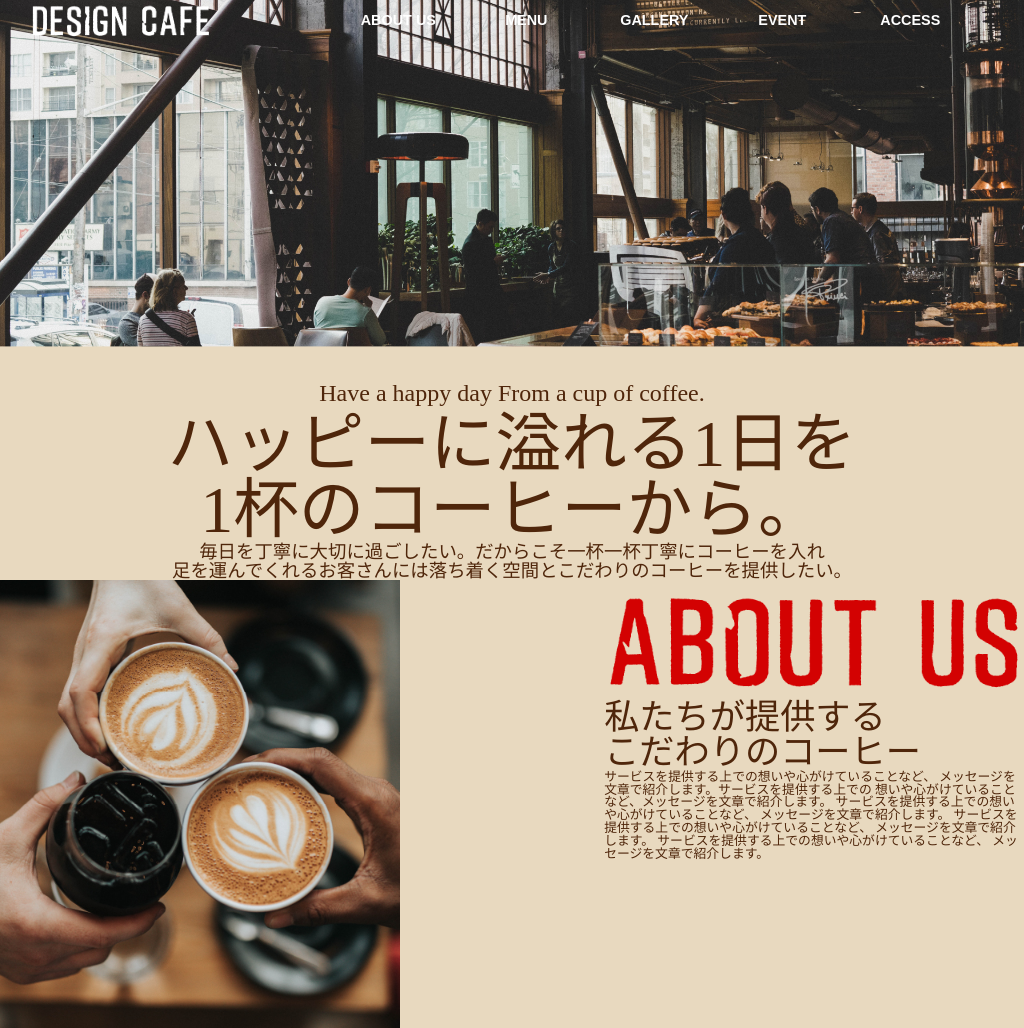
Repository: sonoyama01/dezasuta
Page: 第4回課題/index.html
The author's editor kept a copy of each file at every save. The page is drawn from the files as they stood at one save, then again after the next save.
The browser window is 1280 px wide. The pictures show the whole page, at 80% of full size.

Above is the page before, as saved 2024-05-02 10:38:55.

After the next save:
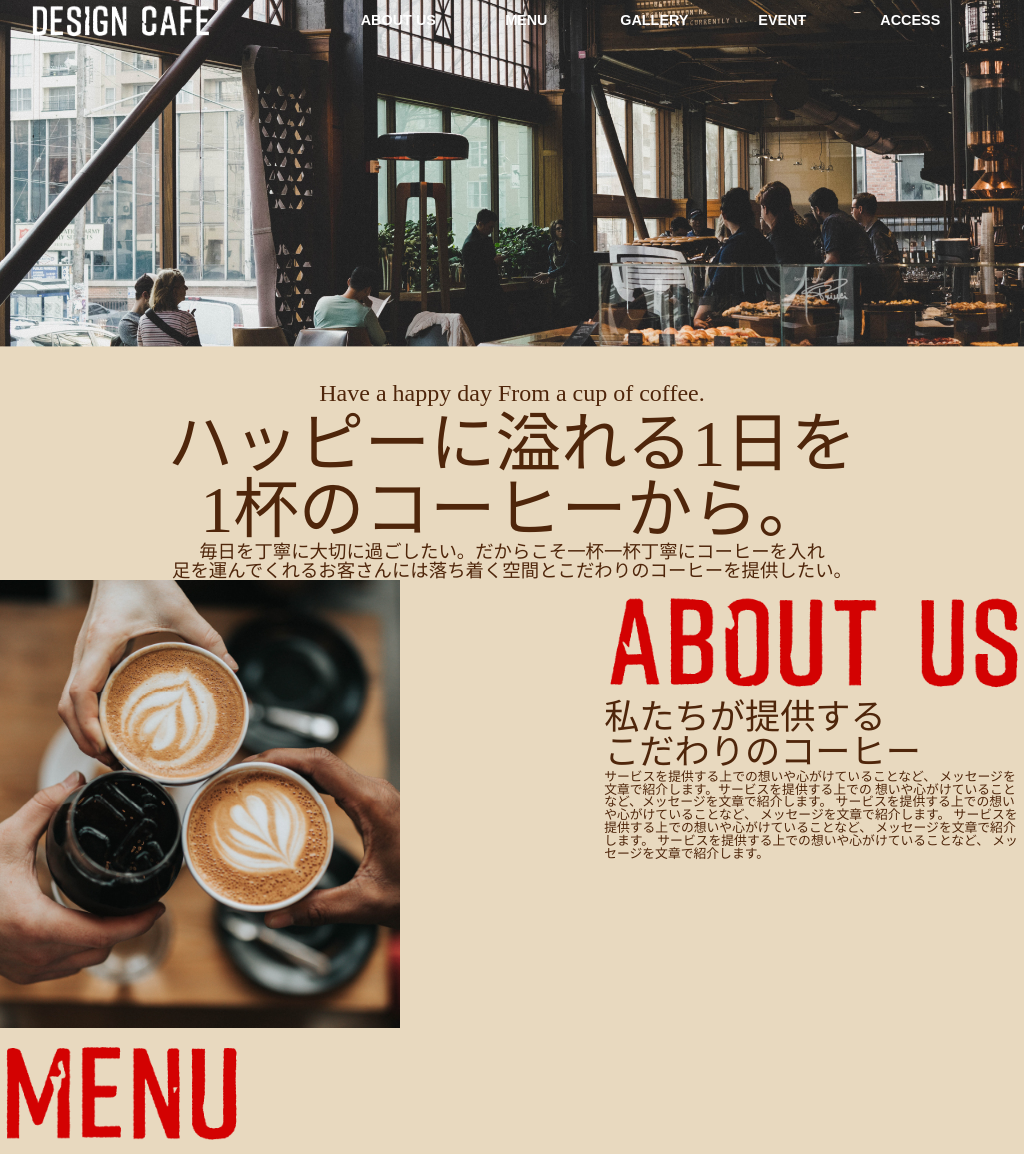
Saved 8 min 43 s later.
--- a/第4回課題/index.html
+++ b/第4回課題/index.html
@@ -80,6 +80,13 @@
     </section>/#menu_fx
 -->
 
+    <section id="menu">
+        <h2><img src="./images/menu@2x.png" alt="menu"></h2>
+        <div class="menu_fx">
+
+        </div><!-- /.menu_fx -->
+    </section><!-- /#menu -->
+
 </body>
 
 </html>
